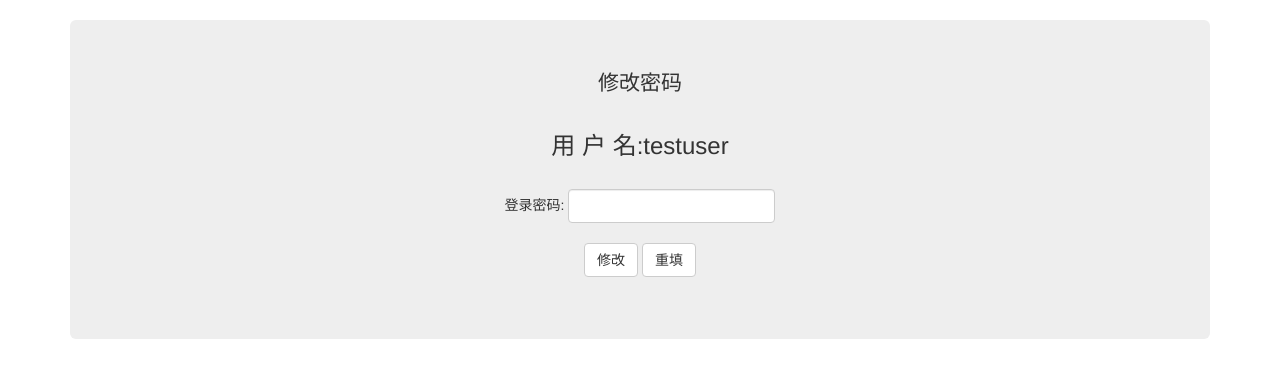
Repository: suxiaohutot/PHP
Page: http://localhost/xiugai_user.php
An editor plug-in stored every save of this project. The page is shown before and after the next save, followed by the edit.
The browser window is 1280 px wide. The pictures show the whole page.
The page is run by PHP 8.4 with error messages shown; the project is at /var/www/html/. The session is filled in as if someone had signed in: {"username": "testuser", "id": 1}.

Above is the page before, as saved 2019-11-05 08:22:38.

After the next save:
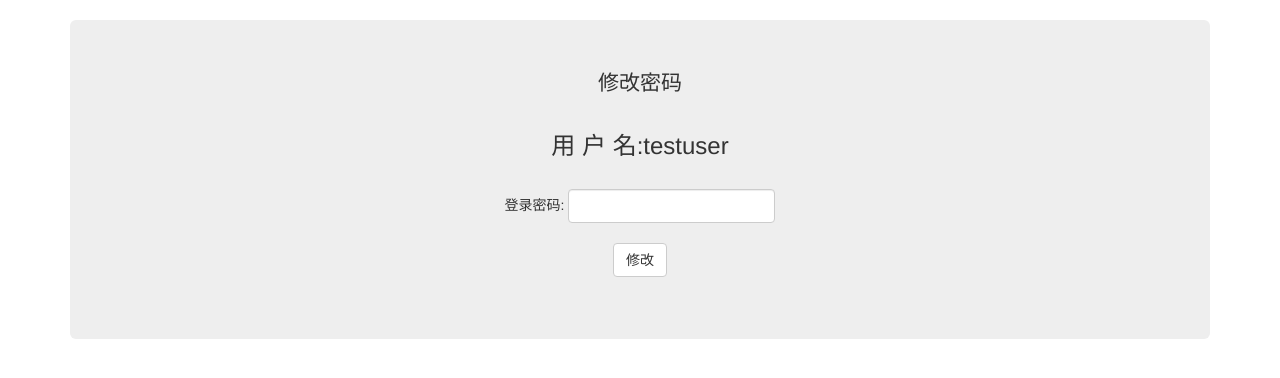
Saved 88 s later.
--- a/test/xiugai_user.php
+++ b/test/xiugai_user.php
@@ -28,7 +28,7 @@
                     <input type="password" name="password" size="20" maxlength="15" class="form-control"><br><br>
 
                     <input type="submit" value="修改" class="btn btn-default">
-                    <input type="reset" value="重填" class="btn btn-default">
+<!--                     <input type="reset" value="重填" class="btn btn-default"> -->
         		</div>
         	</div>
     	</form>
